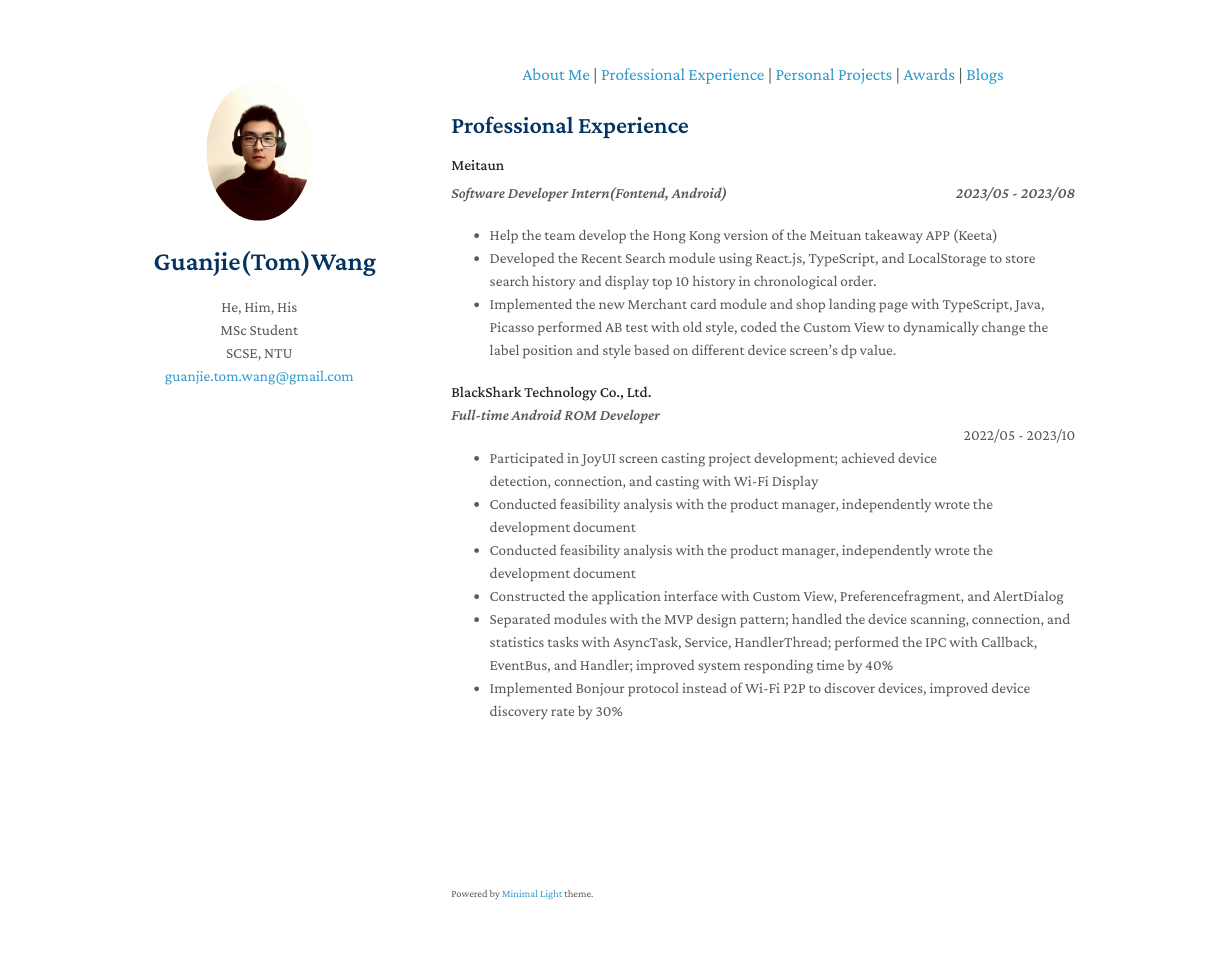
Repository: guanjie01/aboutme
Page: html/professional.html
An editor plug-in stored every save of this project. The page is shown before and after the next save, followed by the edit.
The browser window is 1280 px wide. The pictures show the whole page, at 96% of full size.

Above is the page before, as saved 2023-07-31 18:46:29.

After the next save:
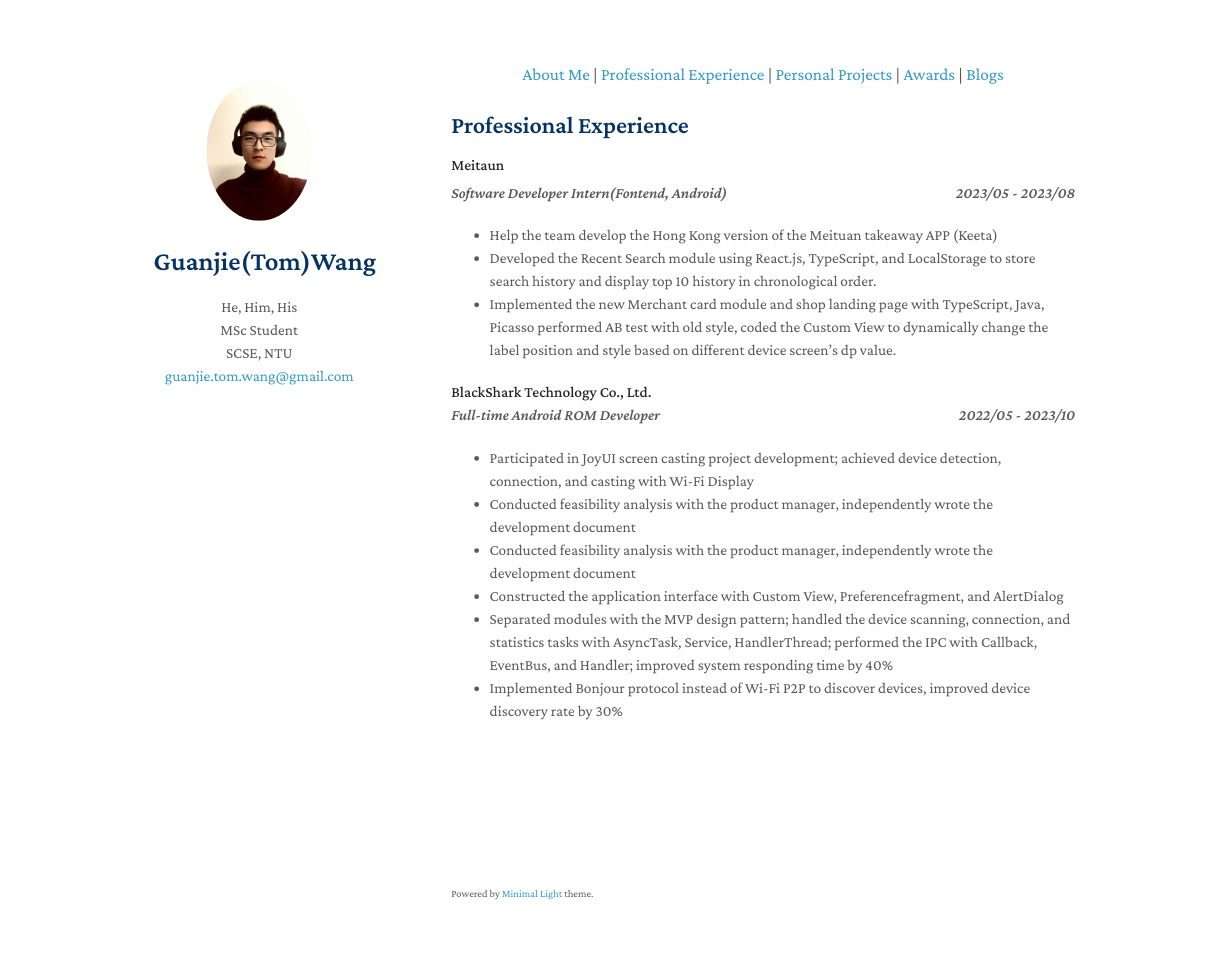
Saved 16 s later.
--- a/html/professional.html
+++ b/html/professional.html
@@ -100,7 +100,7 @@
         <p>
           <em style="float:left;">Full-time Android ROM Developer</em>
 
-          <p style="float:right;margin-left:10px;">2022/05 - 2023/10</p>
+          <em style="float:right;margin-left:10px;">2022/05 - 2023/10</em>
         </p>
         <br/>
         <ul>
